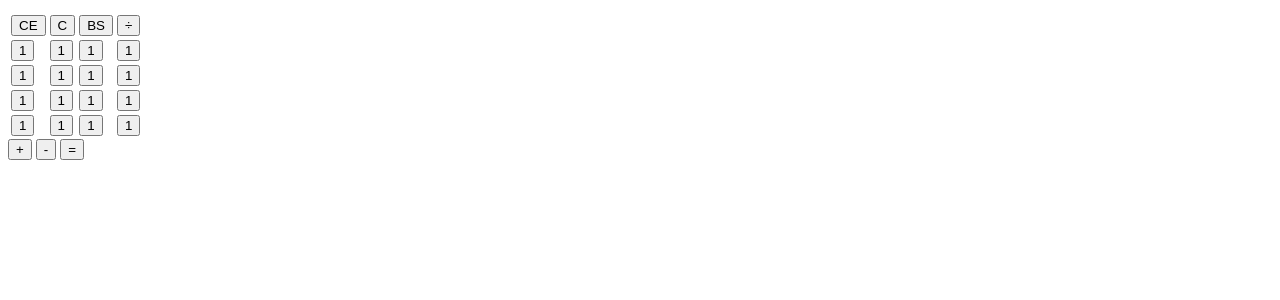
Repository: water-case/Servlet_JSP_JSPMVC
Page: workspace/JSPPrj/src/main/webapp/calc3.html
An editor plug-in stored every save of this project. The page is shown before and after the next save, followed by the edit.
The browser window is 1280 px wide. The pictures show the whole page.

Above is the page before, as saved 2021-08-26 03:49:39.

After the next save:
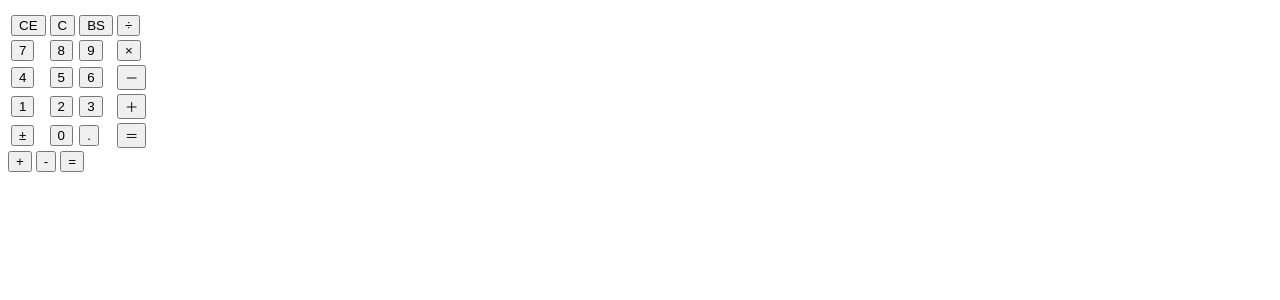
Saved 58 s later.
--- a/workspace/JSPPrj/src/main/webapp/calc3.html
+++ b/workspace/JSPPrj/src/main/webapp/calc3.html
@@ -18,28 +18,28 @@
 					<td><input type="submit" name="operator" value="÷" /></td>
 				</tr>
 				<tr>
-					<td><input type="submit" name="operator" value="1" /></td>
-					<td><input type="submit" name="operator" value="1" /></td>
-					<td><input type="submit" name="operator" value="1" /></td>
-					<td><input type="submit" name="operator" value="1" /></td>
+					<td><input type="submit" name="operator" value="7" /></td>
+					<td><input type="submit" name="operator" value="8" /></td>
+					<td><input type="submit" name="operator" value="9" /></td>
+					<td><input type="submit" name="operator" value="×" /></td>
+				</tr>
+				<tr>
+					<td><input type="submit" name="operator" value="4" /></td>
+					<td><input type="submit" name="operator" value="5" /></td>
+					<td><input type="submit" name="operator" value="6" /></td>
+					<td><input type="submit" name="operator" value="－" /></td>
 				</tr>
 				<tr>
 					<td><input type="submit" name="operator" value="1" /></td>
-					<td><input type="submit" name="operator" value="1" /></td>
-					<td><input type="submit" name="operator" value="1" /></td>
-					<td><input type="submit" name="operator" value="1" /></td>
+					<td><input type="submit" name="operator" value="2" /></td>
+					<td><input type="submit" name="operator" value="3" /></td>
+					<td><input type="submit" name="operator" value="＋" /></td>
 				</tr>
 				<tr>
-					<td><input type="submit" name="operator" value="1" /></td>
-					<td><input type="submit" name="operator" value="1" /></td>
-					<td><input type="submit" name="operator" value="1" /></td>
-					<td><input type="submit" name="operator" value="1" /></td>
-				</tr>
-				<tr>
-					<td><input type="submit" name="operator" value="1" /></td>
-					<td><input type="submit" name="operator" value="1" /></td>
-					<td><input type="submit" name="operator" value="1" /></td>
-					<td><input type="submit" name="operator" value="1" /></td>
+					<td><input type="submit" name="operator" value="±" /></td>
+					<td><input type="submit" name="operator" value="0" /></td>
+					<td><input type="submit" name="operator" value="." /></td>
+					<td><input type="submit" name="operator" value="＝" /></td>
 				</tr>
 			</table>
 			<div>
